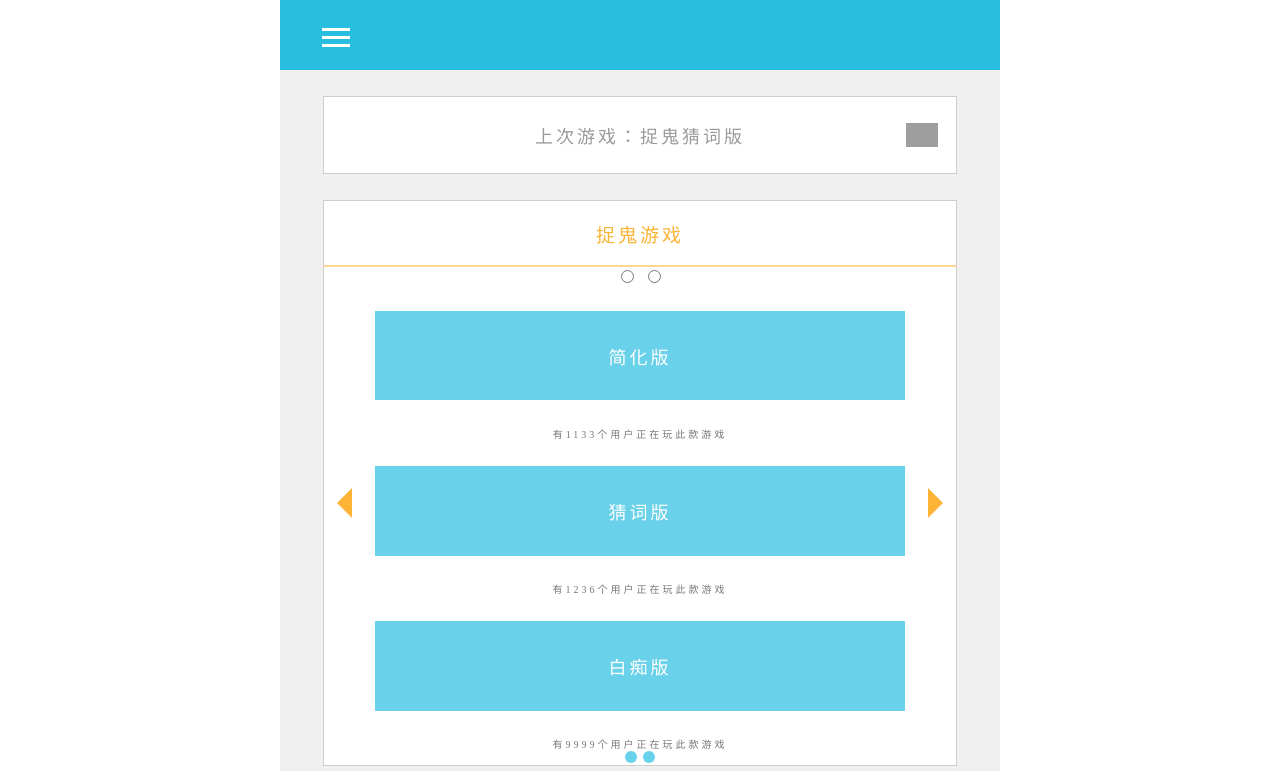
Repository: leozhangpd/My-Codes
Page: JS/two-project/home_page.html
The author's editor kept a copy of each file at every save. The page is drawn from the files as they stood at one save, then again after a run of saves.
The browser window is 1280 px wide. The pictures show the whole page.
Pictures or frames that could not be fetched are drawn as grey boxes.

Above is the page before, as saved 2020-11-06 16:51:19.

### JS/two-project/home_page.html
<!DOCTYPE html>
<html lang="en">
<head>
    <meta charset="UTF-8">
    <meta name="viewport" content="width=device-width,initial-scale=1.0,maximum-scale=1.0,user-scalable=0" />
    <link rel="stylesheet" href="css/home_page.css" type="text/css" >
    <title>版本选择</title>
</head>
<body>
    <header>
        <button>
            <div></div>
            <div></div>
            <div></div>
        </button>
    </header>
    <main>
        <div class="review">
            <span>上次游戏：捉鬼猜词版</span>
        </div>
        <div class="content">
            <div class="title">
                <span>捉鬼游戏</span>
            </div>
            <input type="radio" name="change" id="change-1"/>
            <input type="radio" name="change" id="change-2"/>
            <div id="slider">
                <ul class="list" id="out">
                    <li><a href="#" id="in">简化版</a></li>
                    <li>有1133个用户正在玩此款游戏</li>
                    <li><a href="#">猜词版</a></li>
                    <li>有1236个用户正在玩此款游戏</li>
                    <li><a href="#">白痴版</a></li>
                    <li>有9999个用户正在玩此款游戏</li>
                </ul>
                <ul class="list" id="out">
                    <li><a href="#" id="in-2">简化版</a></li>
                    <li>有1113个用户正在玩此款游戏</li>
                    <li><a href="#">警版</a></li>
                    <li>有1636个用户正在玩此款游戏</li>
                    <li><a href="#">3.0 版</a></li>
                    <li>有9698个用户正在玩此款游戏</li>
                </ul>
            </div>
            <div class="arrow">
                 <label for="change-1"></label>
                 <label for="change-2"></label>
            </div>
            <div class="page">
                <label for="change-1"></label>
                <label for="change-2"></label>
            </div>
        </div>
    </main>
</body>
</html>

### JS/two-project/css/home_page.css
ul{list-style-type: none;margin: 0;padding: 0;}
button{outline: none;border:none;}
a:link,a:visited,a:hover,a:active {text-decoration:none;color: #fff;}
html{
    font-size: 62.5%;
    background: #fff;
    height: 100vh;
}
body{
    height: 100%;
    margin:0 auto;
    padding-bottom: 4%;
    max-width: 720px;
    min-width: 320px;
    background: #f0f0f0;
}
header{
    padding: 3% 5%;
    background-color: #29bde0;
}
header>button{
    width: 4rem;;
    background-color: rgba(0, 0, 0, 0);
}
header>button div{
    margin-top: .5rem;
    height: .3rem;
    background-color: #fff;
}
main{
    margin:0 6%;
    width:88%;
}
.review{
    padding:4% 0;
    background: url("../images/home_page-2.png") no-repeat 97% 50%/5%;
}
.review>span{/*review__content*/
    font-size: 18px;
    color: #9a9a9a;
}
.review,.content{
    background-color: #ffffff;
    margin-top: 4%;
    text-align: center;
    border: 1px double #cecece;
    letter-spacing: 3px;
}
.content{
    position: relative;
}
.title{/*content__title*/
    padding:3% 0;
    font-size: 19px;
    color: #fbb435;
    border-bottom: 0.2rem solid #fdd793;
}
#slider{
    white-space: nowrap;
    overflow: hidden;
}
.list{
    display: inline-block;
    width: 100%;
    transition: all .5s;
}
.list>li{/*content__option*/
    margin: 4% 8% 0 8%;
}
.list>li:nth-child(odd){/*option__btn*/
    background: #69d1e9;
    font-size: 18px;
    color: #fff;
}
.list>li:nth-child(odd)>a{
    display: block;
    padding:6% 0;
}
.list>li:nth-child(even){/*option__hint*/
    color: #787878;
}
/* input{display: none;} */
.page>label{/*page__dot*/
    display: inline-block;
    padding-top: 12px;
    width:12px;
    background: #69d1e9;
    border-radius: 50%;
    transition: all .2s;
}
.page>label:hover{
    background: #2e2bda;
}
.arrow>label{
    position: absolute;
    top: 51%;
    border-style:solid;
}
.arrow>label:nth-child(1){
    left: 2%;
    border-width:15px 15px 15px 0;
    border-color:transparent #fbb435 transparent transparent;/*透明 透明 透明 橘*/
}
.arrow>label:nth-child(2){
    right: 2%;
    border-width:15px 0 15px 15px;
    border-color:transparent transparent transparent #fbb435;/*透明 透明 透明 橘*/
}

After the next 7 saves:
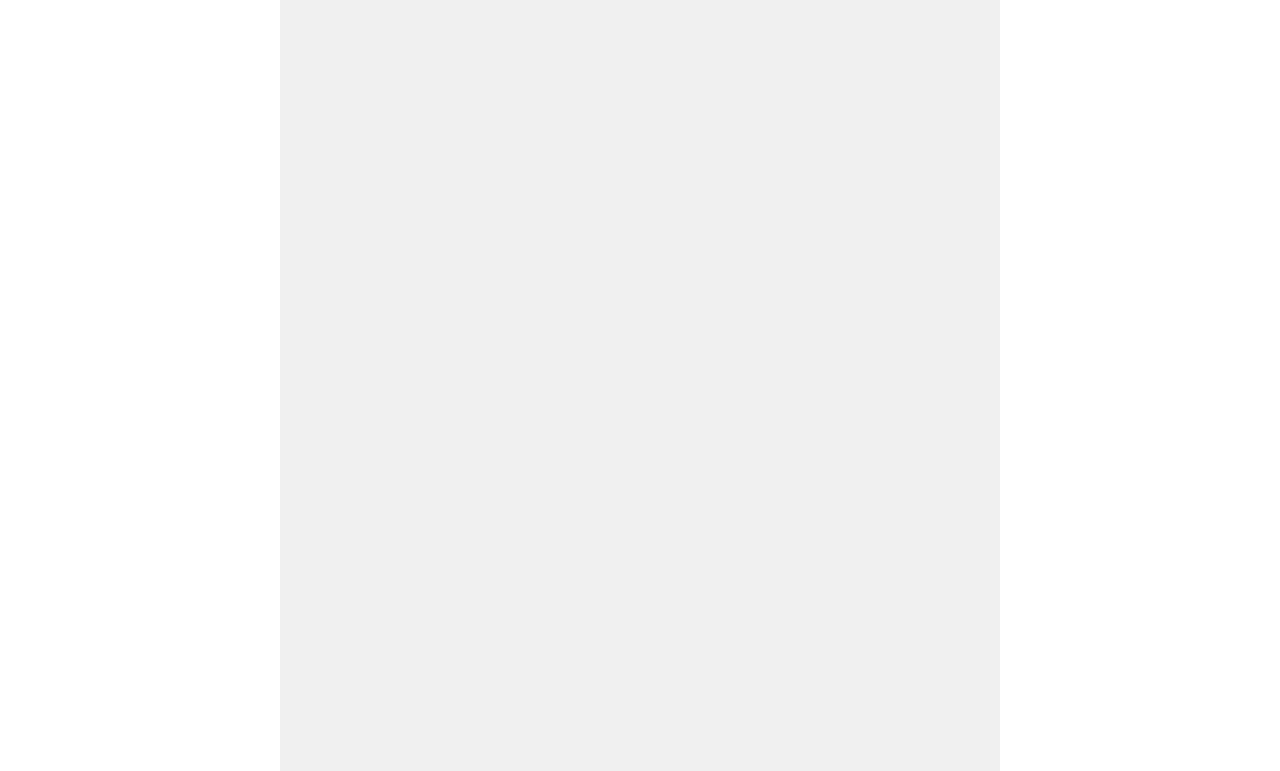
The 7 saves are shown as one change because they came seconds apart.
The last was saved 21 s later.
--- a/JS/two-project/home_page.html
+++ b/JS/two-project/home_page.html
@@ -5,6 +5,7 @@
     <meta name="viewport" content="width=device-width,initial-scale=1.0,maximum-scale=1.0,user-scalable=0" />
     <link rel="stylesheet" href="css/home_page.css" type="text/css" >
     <title>版本选择</title>
+    <style
 </head>
 <body>
     <header>

After the save that followed:
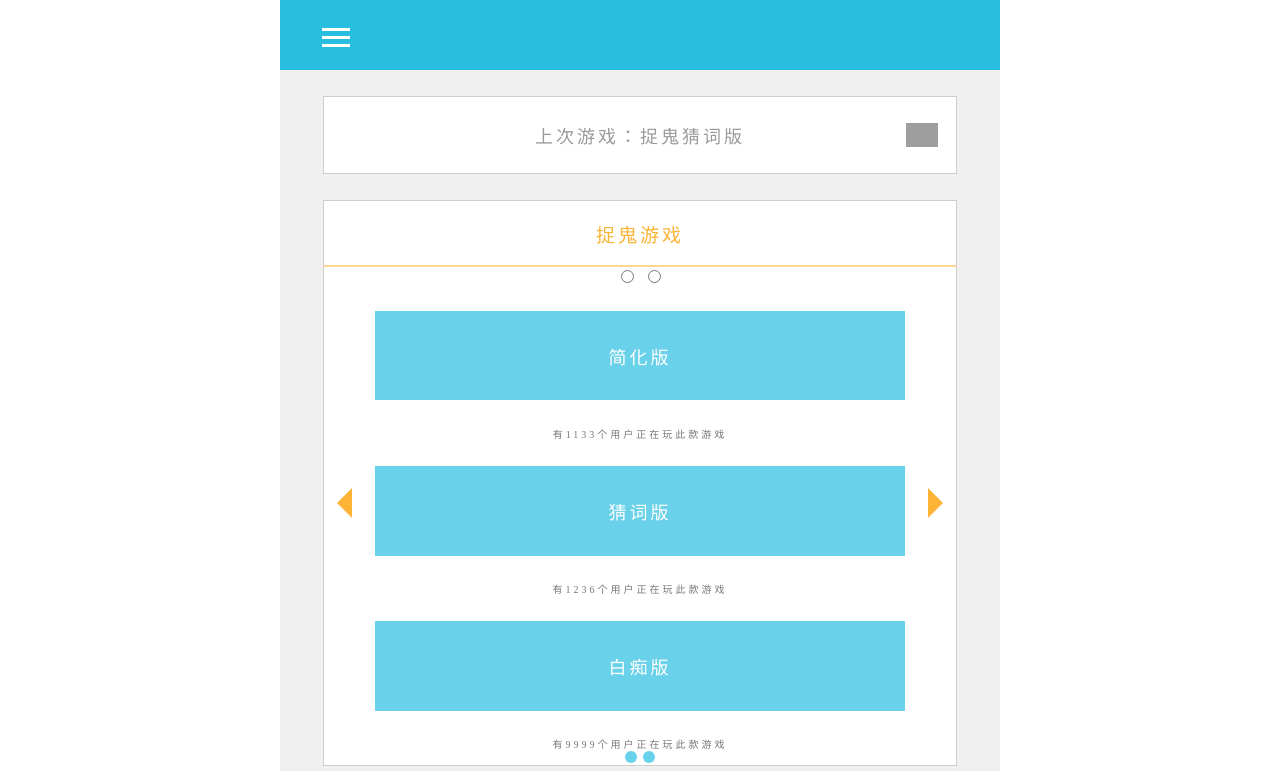
Saved 4 s later.
--- a/JS/two-project/home_page.html
+++ b/JS/two-project/home_page.html
@@ -5,7 +5,7 @@
     <meta name="viewport" content="width=device-width,initial-scale=1.0,maximum-scale=1.0,user-scalable=0" />
     <link rel="stylesheet" href="css/home_page.css" type="text/css" >
     <title>版本选择</title>
-    <style
+    <style></style>
 </head>
 <body>
     <header>
